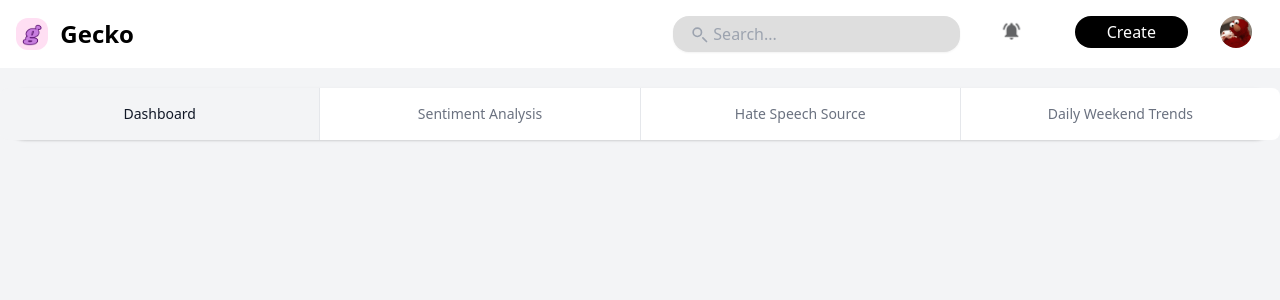
Repository: theamgri/thesis-website-nextjs
Page: website.html
These files come from the project's save history. The page is drawn as it stood at one moment and after the next save; the edit follows.
The browser window is 1280 px wide. The pictures show the whole page.

Above is the page before, as saved 2023-10-02 09:15:21.

After the next save:
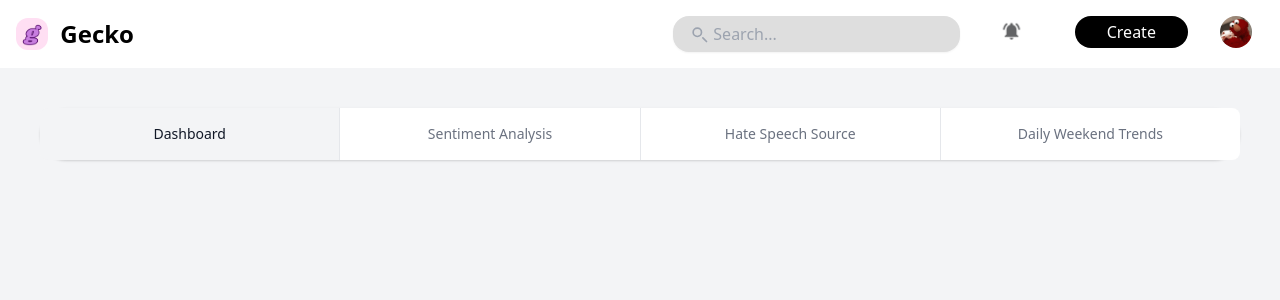
Saved 8 s later.
--- a/website.html
+++ b/website.html
@@ -88,7 +88,7 @@
       <option>Germany</option>
   </select>
 </div>
-<ul class="mt-5 rounded-full drop-shadow-xl hidden text-sm font-medium text-center text-gray-500 divide-x divide-gray-200 rounded-lg shadow sm:flex dark:divide-gray-700 dark:text-gray-400">
+<ul class="m-10 rounded-full drop-shadow-xl hidden text-sm font-medium text-center text-gray-500 divide-x divide-gray-200 rounded-lg shadow sm:flex dark:divide-gray-700 dark:text-gray-400">
   <li class="w-full">
       <a href="#" class="inline-block w-full p-4 text-gray-900 bg-gray-100 rounded-l-lg focus:ring-4 focus:ring-blue-300 active focus:outline-none dark:bg-gray-700 dark:text-white" aria-current="page">Dashboard</a>
   </li>
